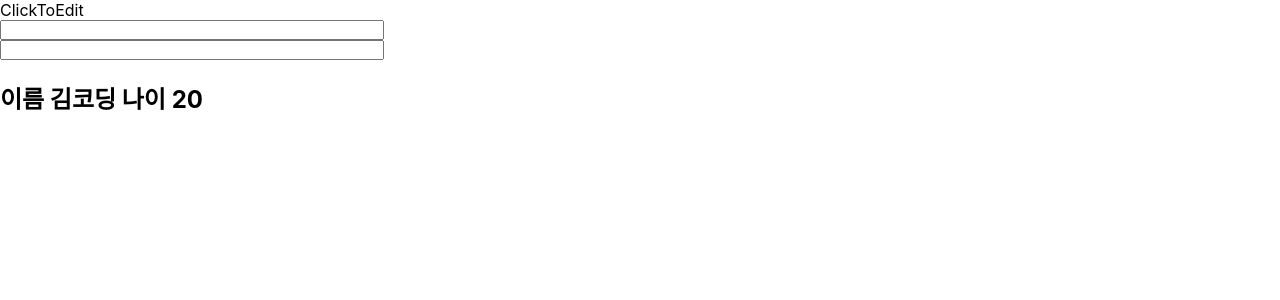
Repository: janghwahyun/wanted_pre_onboarding
Page: /ClickToEdit
An editor plug-in stored every save of this project. The page is shown before and after the next save, followed by the edit.
The browser window is 1280 px wide. The pictures show the whole page.
The project was rebuilt for these pictures with package versions that can differ from the ones it lists, and the page was loaded fresh each time. Also part of the build but not shown: src/component/AutoComplete.js, src/component/Modal.js, src/component/Tab.js, src/component/Toggle.js.

Above is the page before, as saved 2022-02-11 12:27:29.

### src/App.js
import ClickToEdit from './component/ClickToEdit';
import AutoComplete from './component/AutoComplete';
import Modal from './component/Modal';
import Tab from './component/Tab';
import Toggle from './component/Toggle';

import './App.css';
import { BrowserRouter, Routes, Route } from 'react-router-dom';

function App() {
  return (
    <BrowserRouter>
      <Routes>
        <Route path="/" element={<App />} />
        <Route path="/ClickToEdit" element={<ClickToEdit />} />
        <Route path="/AutoComplete" element={<AutoComplete />} />
        <Route path="/Modal" element={<Modal />} />
        <Route path="/Tab" element={<Tab />} />
        <Route path="/Toggle" element={<Toggle />} />
      </Routes>
    </BrowserRouter>
  );
}

export default App;

### src/component/ClickToEdit.js
import React, { useState } from 'react';
import styled from 'styled-components';

const ClickToEdit = () => {
  const [name, setName] = useState('김코딩');
  const [age, setAge] = useState('20');

  return (
    <>
      <div>ClickToEdit</div>
      <div>
        <Input onChange={e => setName(e.target.value)}></Input>
        <Input onChange={e => setAge(e.target.value)}></Input>

        <h2>
          이름 {name} 나이 {age}
        </h2>
      </div>
    </>
  );
};

const Input = styled.input`
  width: 30%;
  height: 20px;
  display: flex;
  justify-content: center;
  align-items: center;
`;

export default ClickToEdit;

### src/App.css
* {
  box-sizing: border-box;
}

.App {
  width: 100%;
  height: 100vh;
  display: flex;
  justify-content: center;
  align-items: center;
}

Loaded but not shown: public/index.html (common file); src/index.js (common file); src/index.css (common file); src/reportWebVitals.js (common file)

After the next save:
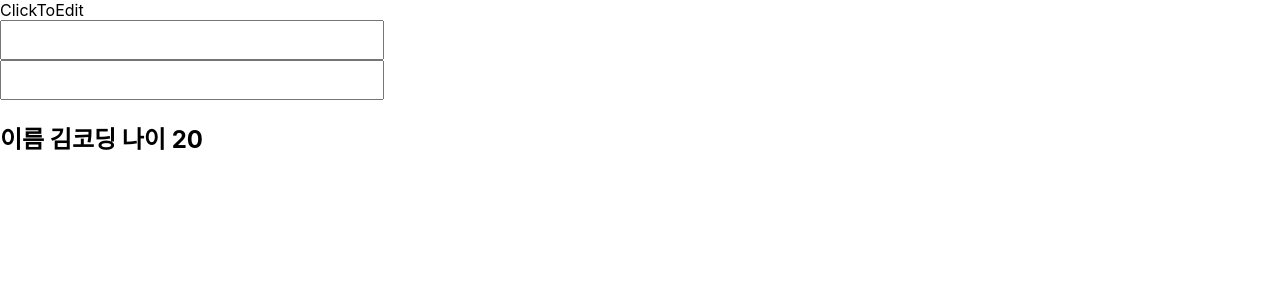
Saved 4 s later.
--- a/src/component/ClickToEdit.js
+++ b/src/component/ClickToEdit.js
@@ -22,7 +22,7 @@ const ClickToEdit = () => {
 
 const Input = styled.input`
   width: 30%;
-  height: 20px;
+  height: 40px;
   display: flex;
   justify-content: center;
   align-items: center;
